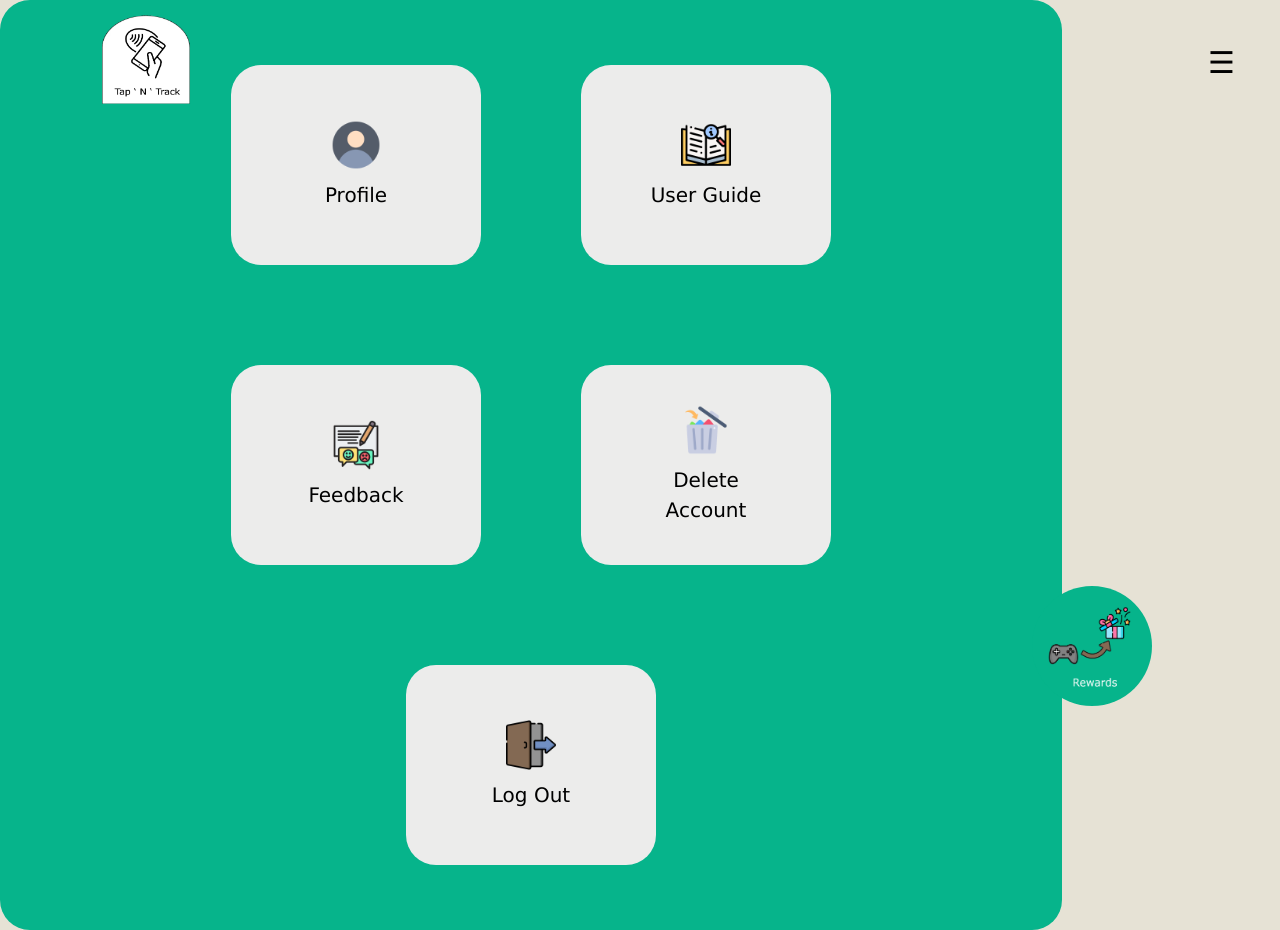
Repository: ruiienn/FYP
Page: http://localhost/more
An editor plug-in stored every save of this project. The page is shown before and after the next save, followed by the edit.
The browser window is 1280 px wide. The pictures show the whole page.
Backgrounds fixed to the window are drawn as part of the page. The page is this project's Thymeleaf template; nobody is signed in. The template is opened directly, without the code that normally fills it, so the values that code supplies are empty.

Above is the page before, as saved 2024-11-19 11:43:08.

### FYP2/src/main/resources/templates/more.html
<!DOCTYPE HTML>
<html xmlns:th="http://www.thymeleaf.org">
<head>
<meta name="viewport" content="width=device-width, initial-scale=1">
<title>More</title>
<link rel="icon" type="image/png" href="/img/nfc.png">
<link rel="stylesheet" href="/bootstrap/css/bootstrap.min.css">
<script src="/bootstrap/css/bootstrap.js"></script>
</head>
<body>
	<div th:replace="fragments/style"></div>
	<div th:replace="fragments/more_style"></div>


	<div class="more">
		<div>
			<a href="/avatar" target="_self" class="background"> <img
				class="img" src="images/profile.png" /> <span class="text">Profile</span>
			</a>
		</div>
		<div>
			<a href="/NFC GUIDE.pdf" target="_self" class="background"> <img
				class="img" src="images/guide.png" /> <span class="text">User
					Guide</span>
			</a>
		</div>
		<div>
			<a href="https://forms.gle/tJ3aNRu56ZBdpijv7" target="_self"
				class="background"> <img class="img" src="images/feedback.png" />
				<span class="text">Feedback</span>
			</a>
		</div>
	<!--  <div>
			<a th:href="@{/members/delete/{id}(id=${members.id})}" target="_self"
				class="background"
				style="color: black; text-decoration: none;">Delete Account</a>
		</div> -->
		<button class="background" onclick="confirmDelete()">
			<img class="img" src="images/delete.png" /> <span class="text">Delete
				Account</span>
		</button>
		<button style="left: 600px;" class="background"
			onclick="confirmDelete()">
			<img class="img" src="images/log out.png" /> <span class="text">Log
				Out</span>
		</button>
		<!--
				<a href="/login" target="_self" class="account"
					style="margin-top: 150px;"> <span style="margin-left: 20px;">Login</span>
				</a><a href="/register" target="_self" class="account"> <span
					style="margin-left: 20px;">Register</span>
				</a>-->
	</div>


</body>
</html>

### FYP2/src/main/resources/templates/fragments/style.html
<style>
body {
	font-family: Verdana;
	font-size: 20px;
	background-color: #E6E2D5;
	text-decoration: none;
	background-image: url('/images/mushroom.png'), url('/images/pac.png');
	/* background-position: right 50px, bottom 80px; */
	background-repeat: no-repeat;
	background-attachment: fixed;
	background-position: bottom;
	background-position: 200px;
	padding-right: 100px;
}

.container {
	top: 20%;
}

.sidebar {
	height: 100%;
	width: 0;
	position: fixed;
	top: 0;
	right: 0;
	background-color: #06B48B;
	overflow-x: hidden;
	padding-top: 70px;
}

.sidebar a {
	padding: 10px 10px 10px 30px;
	text-decoration: none;
	font-size: 20px;
	color: white;
	display: flex;
	align-items: center;
}

.sidebar a:hover {
	background-color: #5184bf;
}

.openbtn {
	background-color: transparent;
	font-size: 30px;
	padding: 10px 15px;
	border: none;
	position: fixed;
	top: 30px;
	right: 30px;
	font-size: 30px;
}

.icon {
	width: 30px;
	height: 30px;
	margin-right: 10px;
}

.text {
	margin-left: 30px;
}

.logo {
	display: flex;
	flex-direction: column;
	align-items: center;
	position: fixed;
	width: 90px;
	height: 90px;
	top: 2%;
	left: 8%;
}

.button-img {
	display: flex;
	align-items: center;
	position: fixed;
	width: 120px;
	height: 120px;
	border-radius: 80%;
	bottom: 2%;
	right: 10%;
	position: fixed;
}

.btn-add {
	background-color: #5184bf;
	color: white;
	text-decoration: none;
	padding: 15px;
	border-radius: 20px;
	border: none;
	margin-top: 10px;
	display: inline-block;
	position: relative;
	width: auto;
	margin-right: 10%;
	text-align: center;
}

.btn-container {
	display: flex;
	justify-content: flex-end;
	margin-top: 10px;
}
</style>
</head>
<header>
<!--  	<img class="pac" src="/images/pac.png"> <img class="mushroom"
		src="/images/mushroom.png"> -->
	<div id="mySidebar" class="sidebar">
		<a href="/" target="_self"> <img class="icon"
			th:src="@{/images/home.png}" /> <span class="text">Home</span>
		</a> <a href="/rewards" target="_self"> <img class="icon"
			th:src="@{/images/gift.png}" /> <span class="text">Rewards</span>
		</a> <a href="/activities" target="_self"> <img class="icon"
			th:src="@{/images/point.png}" /> <span class="text">Activities</span>
		</a> <a href="/members" target="_self"> <img class="icon"
			th:src="@{/images/member.png}" /> <span class="text">Members</span>
		</a> <a href="/more" target="_self"> <img class="icon"
			th:src="@{/images/more.png}" /> <span class="text">More</span>
		</a> <a href="/login" target="_self"> <img class="icon"
			th:src="@{/images/login.png}" /> <span class="text">Log In</span>
		</a>
	</div>

	<button id="sidebarToggle" class="openbtn" onclick="toggleNav()">☰</button>
	<a href="/" style="text-decoration: none;"> <img class="logo"
		th:src="@{/images/logo.png}">
	</a> <a href="/rewards" style="text-decoration: none;"> <img
		class="button-img" th:src="@{/images/button.png}" />
	</a>
	<script>
		function toggleNav() {
			const sidebar = document.getElementById("mySidebar");
			const button = document.getElementById("sidebarToggle");

			if (sidebar.style.width === "220px") {
				sidebar.style.width = "0";
				button.style.right = "10px";
			} else {
				sidebar.style.width = "220px";
				button.style.right = "260px";
			}
		}
	</script>
</header>

### FYP2/src/main/resources/templates/fragments/more_style.html
<style>
.more {
	background-color: #06B48B;
	border-radius: 30px;
	width: 90%;
	height: auto;
	padding: 15px;
	display: flex;
	align-items: center;
	justify-content: center;
	flex-wrap: wrap;
	font-size: 20px;
}

.background {
	background-color: #ececeb;
	width: 250px;
	height: 200px;
	padding: 30px;
	border: none;
	border-radius: 30px;
	margin: 50px;
	text-decoration: none;
	color: black;
	display: flex;
	flex-direction: column;
	align-items: center;
	justify-content: center;
}

.background:hover {
	text-decoration: none;
	color: black;
}

.img {
	width: 50px;
	height: 50px;
	margin-bottom: 10px;
}

.text {
	margin-right: 30px;
}
</style>

Loaded but not shown: FYP2/src/main/resources/static/bootstrap/css/bootstrap.min.css (library); FYP2/src/main/resources/static/bootstrap/js/bootstrap.js (library)

After the next save:
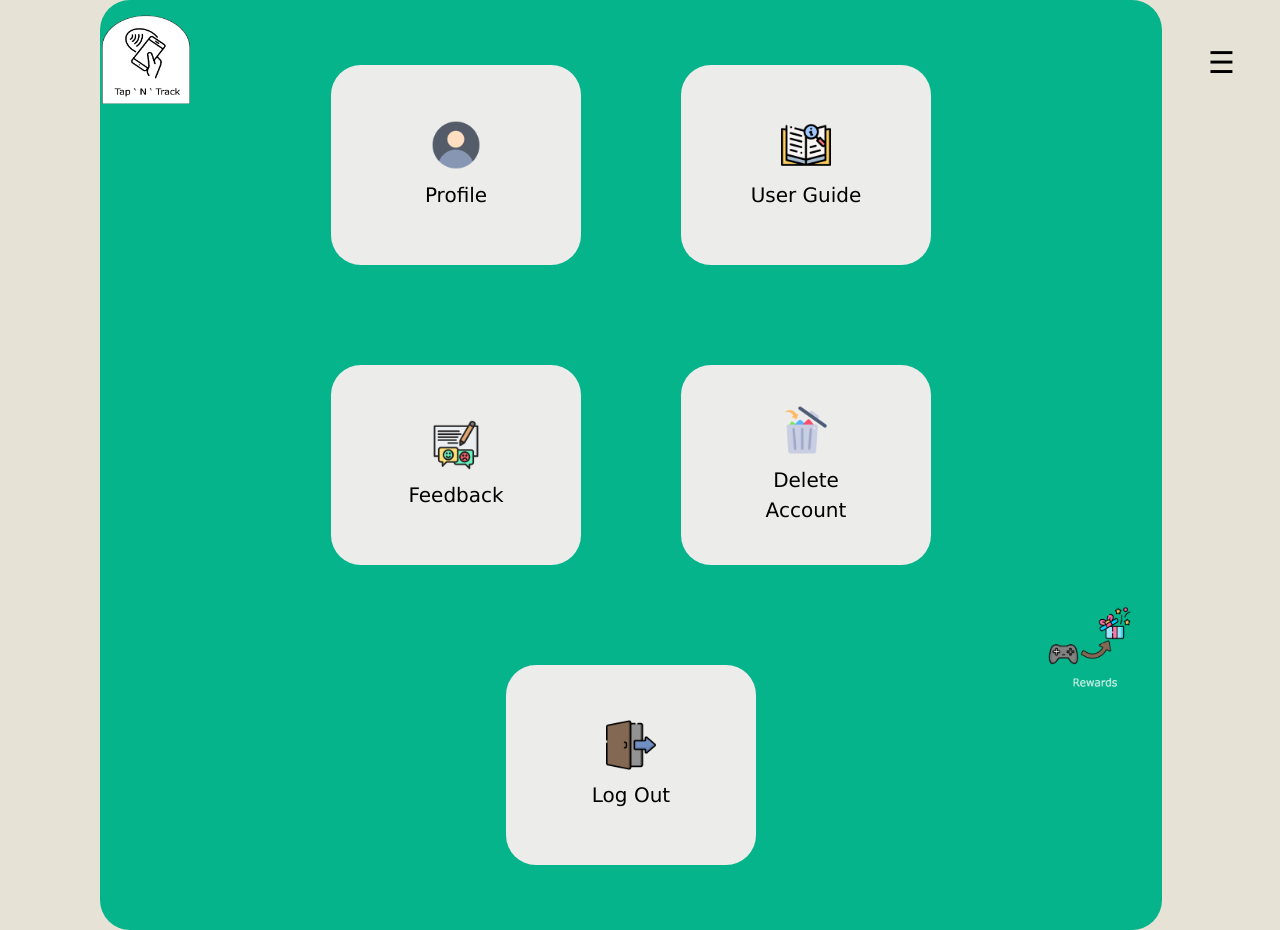
Saved 10 s later.
--- a/FYP2/src/main/resources/templates/fragments/style.html
+++ b/FYP2/src/main/resources/templates/fragments/style.html
@@ -10,7 +10,7 @@
 	background-attachment: fixed;
 	background-position: bottom;
 	background-position: 200px;
-	padding-right: 100px;
+	padding-left: 100px;
 }
 
 .container {
